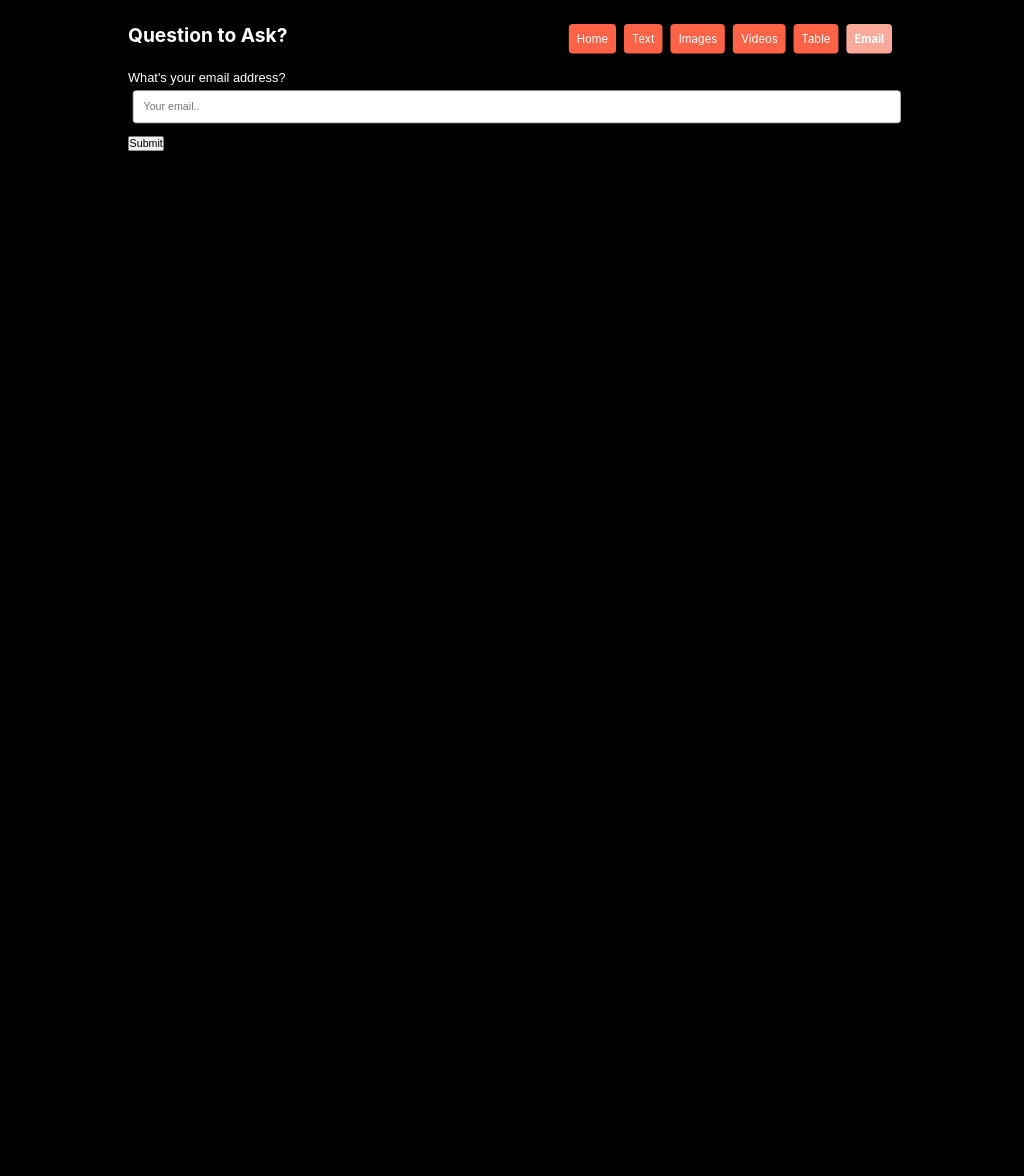
Repository: luhan68/personal_website
Page: email.html
An editor plug-in stored every save of this project. The page is shown before and after the next save, followed by the edit.
The browser window is 1280 px wide. The pictures show the whole page, at 80% of full size.

Above is the page before, as saved 2021-01-30 23:15:34.

### email.html
<div class="container">
    <link href='style.css' rel='stylesheet' type='text/css'>
    <div class="nav">
        <div class="nav-bar">
            <ul>
                <li><a href="index.html">Home</a></li>
                <li><a href="text.html">Text</a></li>
                <li><a href="image.html">Images</a></li>
                <li><a href="video.html">Videos</a></li>
                <li><a href="table.html">Table</a></li>
                <li class="active-page"><a href="email.html">Email</a></li>
            </ul>

        </div>
    </div>

    <h2 class="title">Question to Ask?</h2>
            <form>

              <label>What's your email address?</label>
              <input type="text" id="email" placeholder="Your email..">
              <button class="submitBtn" type="button" onclick="myFunction()">Submit</button>

            </form>
            <br>
          <p id="notice"></p>
          <button class="scrollToTopBtn">☝️</button>
          <script type="text/javascript" src="script.js"></script>
</div>

### style.css
* {
    margin: 0;
    padding: 0;
}

body  {
    background-color: black;
    color: white;
    font-family: -apple-system, BlinkMacSystemFont, 'Segoe UI', Roboto, Oxygen, Ubuntu, Cantarell, 'Open Sans', 'Helvetica Neue', sans-serif;
}

.container {
    width: 75vw;
    margin: 0 auto;
	margin-top: 10px;
	height: 200vmin
}

.scrollToTopBtn {
	background-color: white;
	border: none;
	border-radius: 50%;
	color: white;
	cursor: pointer;
	font-size: 16px;
	line-height: 48px;
	width: 48px;

	/* place it at the bottom right corner */
	position: fixed;
	bottom: 30px;
	right: 30px;
	/* keep it at the top of everything else */
	z-index: 100;
	/* hide with opacity */
	opacity: 0;
	/* also add a translate effect */
	transform: translateY(100px);
	/* and a transition */
	transition: all .5s ease
  }

  .showBtn {
	opacity: 1;
	transform: translateY(0)
  }

.nav {
    width: 100%;
}

.logo {
    float: left;
    width: 120px;
  margin: 0;
  padding: 0;
}

.nav-bar {
    float: right;
}

.nav-bar ul li {
    float: left;
    list-style-type: none;
    padding: 10px;
    margin: 0 5px;
    background-color: tomato;
    font-size: 14px;
    border-radius: 5px;

    transition: all 0.5s ease-out;
}

.nav-bar ul li:hover {
    background-color: wheat;
}

.nav .active-page {
	font-weight: bold;
	background-color:rgb(250, 169, 154);
  }

a {
    color: white;
    text-decoration: none;
}


.title {
text-align: left;
margin: 30px 0;
}

.myVideo {
text-align: center;
}

.myVideo iframe {
margin: 20px 20px;
}

.fb-like {
margin-bottom: 30px;
}

.footer {
width: 100%;
background-color: #333;
text-align: center;
padding: 20px 0;
margin-top: 50px;
}


input[type=text], select, textarea {
    width: 100%; /* Full width */
    padding: 12px; /* Some padding */
    border: 1px solid #ccc; /* Gray border */
    border-radius: 4px; /* Rounded borders */
    box-sizing: border-box; /* Make sure that padding and width stays in place */
    margin-top: 6px; /* Add a top margin */
    margin-bottom: 16px; /* Bottom margin */
    resize: vertical /* Allow the user to vertically resize the textarea (not horizontally) */
  }

  .sumbitBtn {
    background-color: #a73012;
    color: white;
    padding: 12px 20px;
    border: none;
    border-radius: 4px;
    cursor: pointer;
  }

  .sumbitBtn:hover {
    background-color: #d10c0c;
  }


  .myGallery {
    display: grid;
    grid-gap: 20px;
    grid-template-columns: repeat(auto-fit, minmax(175px, 1fr));
  }

  .myGallery img {
    width: 100%;
  }


table {
    font-family: Arial, Helvetica, sans-serif;
    border-collapse: collapse;
    width: 100%;
  }

table td, table th {
    border: 1px solid rgb(34, 33, 33);
    padding: 8px;
  }

table tr:nth-child(even){background-color: #110f0f;}

table tr:hover {background-color: rgb(46, 43, 43);}

table th {
    padding-top: 12px;
    padding-bottom: 12px;
    text-align: left;
    background-color: #350901;
    color: white;
  }


  p,
label {
    font: 1rem 'Fira Sans', sans-serif;
}

input {
    margin: .4rem;
}


/* I refer to Paul's cool animation design on codepen and fix a few display width bugs: https://codepen.io/paulvddool/pen/yYeeVE */

#animation {
	display: block;
	margin: 20% auto;
	height: 80px;
	width: auto;
}
@media screen and (max-width: 1080px) {
	#animation {
		box-sizing: border-box;
		-moz-box-sizing: border-box;
		padding: 0px;
		width: 100%;
	}
}
@keyframes animateOnce {
	0% { transform: translateY(80px); -webkit-transform: translateY(80px); -moz-transform: translateY(80px); }
	100% { transform: translateY(0px); -webkit-transform: translateY(0px); -moz-transform: translateY(0px); }
}
@-webkit-keyframes animateOnce {
	0% { transform: translateY(80px); -webkit-transform: translateY(80px); -moz-transform: translateY(80px); }
	100% { transform: translateY(0px); -webkit-transform: translateY(0px); -moz-transform: translateY(0px); }
}
#text {
	width: 350px;
	height: 80px;
	float: left;
	overflow: hidden;
}
#text h1 {
	animation: animateOnce 0.2s;
	-webkit-animation: animateOnce 0.2s;
}
@keyframes animateFirst {
	0% { transform: translateY(80px); -webkit-transform: translateY(80px); -moz-transform:translateY(80px); }
	1% { transform: translateY(0px); -webkit-transform: translateY(0px); -moz-transform:translateY(0px); }
	14% { transform: translateY(0px); -webkit-transform: translateY(0px); -moz-transform:translateY(0px); }
	15% { transform: translateY(-80px); -webkit-transform: translateY(-80px); -moz-transform:translateY(-80px); }
	70% { transform: translateY(-80px); -webkit-transform: translateY(-80px); -moz-transform:translateY(-80px); }
	71% { transform: translateY(-160px); -webkit-transform: translateY(-160px); -moz-transform:translateY(-160px); }
	99% { transform: translateY(-160px); -webkit-transform: translateY(-160px); -moz-transform:translateY(-160px); }
	100% { transform: translateY(-240px); -webkit-transform: translateY(-240px); -moz-transform:translateY(-240px); }
}
@-webkit-keyframes animateFirst {
	0% { transform: translateY(80px); -webkit-transform: translateY(80px); -moz-transform:translateY(80px); }
	1% { transform: translateY(0px); -webkit-transform: translateY(0px); -moz-transform:translateY(0px); }
	14% { transform: translateY(0px); -webkit-transform: translateY(0px); -moz-transform:translateY(0px); }
	15% { transform: translateY(-80px); -webkit-transform: translateY(-80px); -moz-transform:translateY(-80px); }
	70% { transform: translateY(-80px); -webkit-transform: translateY(-80px); -moz-transform:translateY(-80px); }
	71% { transform: translateY(-160px); -webkit-transform: translateY(-160px); -moz-transform:translateY(-160px); }
	99% { transform: translateY(-160px); -webkit-transform: translateY(-160px); -moz-transform:translateY(-160px); }
	100% { transform: translateY(-240px); -webkit-transform: translateY(-240px); -moz-transform:translateY(-240px); }
}
@keyframes animateSecond {
	0% { transform: translateY(80px); -webkit-transform: translateY(80px); -moz-transform: translateY(80px); }
	14% { transform: translateY(80px); -webkit-transform: translateY(80px); -moz-transform: translateY(80px); }
	15% { transform: translateY(0px); -webkit-transform: translateY(0px); -moz-transform: translateY(0px); }
	29% { transform: translateY(0px); -webkit-transform: translateY(0px); -moz-transform: translateY(0px); }
	30% { transform: translateY(-80px); -webkit-transform: translateY(-80px); -moz-transform: translateY(-80px); }
	44% { transform: translateY(-80px); -webkit-transform: translateY(-80px); -moz-transform: translateY(-80px); }
	45% { transform: translateY(-160px); -webkit-transform: translateY(-160px); -moz-transform: translateY(-160px); }
	59% { transform: translateY(-160px); -webkit-transform: translateY(-160px); -moz-transform: translateY(-160px); }
	60% { transform: translateY(-240px); -webkit-transform: translateY(-240px); -moz-transform: translateY(-240px); }
	70% { transform: translateY(-240px); -webkit-transform: translateY(-240px); -moz-transform: translateY(-240px); }
	71% { transform: translateY(-320px); -webkit-transform: translateY(-320px); -moz-transform: translateY(-320px); }
	85% { transform: translateY(-320px); -webkit-transform: translateY(-320px); -moz-transform: translateY(-320px); }
	86% { transform: translateY(-400px); -webkit-transform: translateY(-400px); -moz-transform: translateY(-400px); }
	99% { transform: translateY(-400px); -webkit-transform: translateY(-400px); -moz-transform: translateY(-400px); }
	100% { transform: translateY(-480px); -webkit-transform: translateY(-480px); -moz-transform: translateY(-480px); }
}
@-webkit-keyframes animateSecond {
	0% { transform: translateY(80px); -webkit-transform: translateY(80px); -moz-transform: translateY(80px); }
	14% { transform: translateY(80px); -webkit-transform: translateY(80px); -moz-transform: translateY(80px); }
	15% { transform: translateY(0px); -webkit-transform: translateY(0px); -moz-transform: translateY(0px); }
	29% { transform: translateY(0px); -webkit-transform: translateY(0px); -moz-transform: translateY(0px); }
	30% { transform: translateY(-80px); -webkit-transform: translateY(-80px); -moz-transform: translateY(-80px); }
	44% { transform: translateY(-80px); -webkit-transform: translateY(-80px); -moz-transform: translateY(-80px); }
	45% { transform: translateY(-160px); -webkit-transform: translateY(-160px); -moz-transform: translateY(-160px); }
	59% { transform: translateY(-160px); -webkit-transform: translateY(-160px); -moz-transform: translateY(-160px); }
	60% { transform: translateY(-240px); -webkit-transform: translateY(-240px); -moz-transform: translateY(-240px); }
	70% { transform: translateY(-240px); -webkit-transform: translateY(-240px); -moz-transform: translateY(-240px); }
	71% { transform: translateY(-320px); -webkit-transform: translateY(-320px); -moz-transform: translateY(-320px); }
	85% { transform: translateY(-320px); -webkit-transform: translateY(-320px); -moz-transform: translateY(-320px); }
	86% { transform: translateY(-400px); -webkit-transform: translateY(-400px); -moz-transform: translateY(-400px); }
	99% { transform: translateY(-400px); -webkit-transform: translateY(-400px); -moz-transform: translateY(-400px); }
	100% { transform: translateY(-480px); -webkit-transform: translateY(-480px); -moz-transform: translateY(-480px); }
}
#first {
	height: 80px;
	float: left;
	margin-left: 10px;
	overflow: hidden;
}
#first ul {
	width: 230px;
	list-style: none;
	margin: 0;
	padding: 0;
	animation: animateFirst 21s infinite;
	-webkit-animation: animateFirst 21s infinite;
}

#second {
	height: 80px;
	float: left;
	margin-left: 10px;
	overflow: hidden;
}
#second ul {
	width: 300px;
	list-style: none;
	margin: 0;
	padding: 0;
	animation: animateSecond 21s infinite;
	-webkit-animation: animateSecond 21s infinite;
}

h1 {
	font-family: 'Roboto', 'Helvetica Neue', Helvetica, Arial;
	font-size: 60px;
	font-weight: 700;
	line-height: 80px;
	margin: 0px;
}
.gray {
	color: #404040;
}
.silver {
	color: #909090;
}
.lightgray {
	color: #BBB;
}
.lightergray {
	color: #DDD;
}

### script.js
var scrollToTopBtn = document.querySelector(".scrollToTopBtn")
var rootElement = document.documentElement

function handleScroll() {
  // Do something on scroll
  var scrollTotal = rootElement.scrollHeight - rootElement.clientHeight
  if ((rootElement.scrollTop / scrollTotal ) > 0.80) {
    // Show button
    scrollToTopBtn.classList.add("showBtn")
  } else {
    // Hide button
    scrollToTopBtn.classList.remove("showBtn")
  }
}

function scrollToTop() {
  // Scroll to top logic
  rootElement.scrollTo({
    top: 0,
    behavior: "smooth"
  })
}
scrollToTopBtn.addEventListener("click", scrollToTop)
document.addEventListener("scroll", handleScroll)


function emailIsValid (email) {
  return /^[^\s@]+@[^\s@]+\.[^\s@]+$/.test(email)
}


function myFunction() {
  var x, text;

  // Get the value of the input field with id="email"
  x = document.getElementById("email").value;

  if (emailIsValid(x)) {
    text = "Email successfully recorded!";
  } else {
    text = "Invalid email address.";
  }
  document.getElementById("notice").innerHTML = text;
}

After the next save:
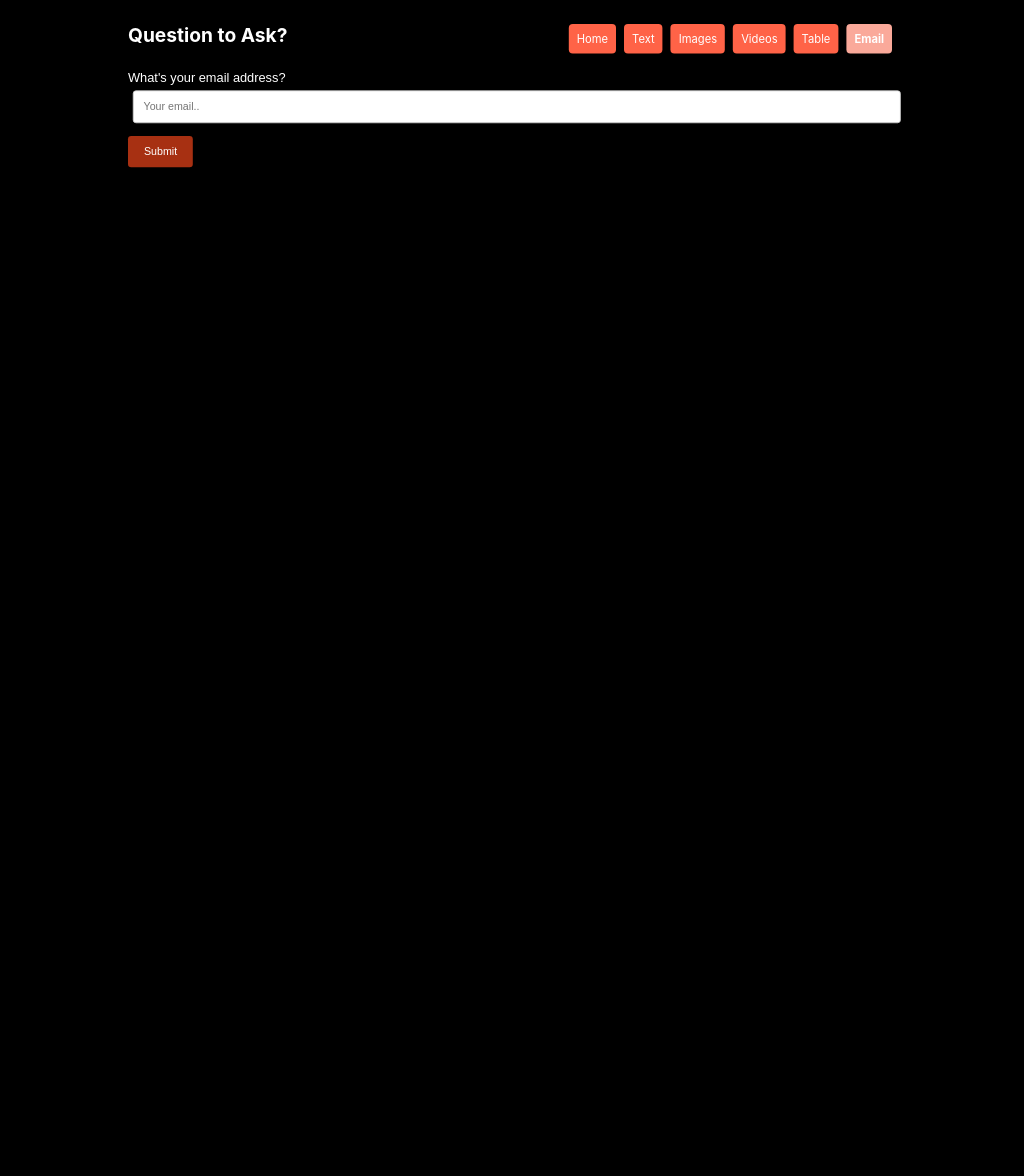
Saved 33 s later.
--- a/email.html
+++ b/email.html
@@ -19,7 +19,7 @@
 
               <label>What's your email address?</label>
               <input type="text" id="email" placeholder="Your email..">
-              <button class="submitBtn" type="button" onclick="myFunction()">Submit</button>
+              <button class="sumbitBtn" type="button" onclick="myFunction()">Submit</button>
 
             </form>
             <br>
